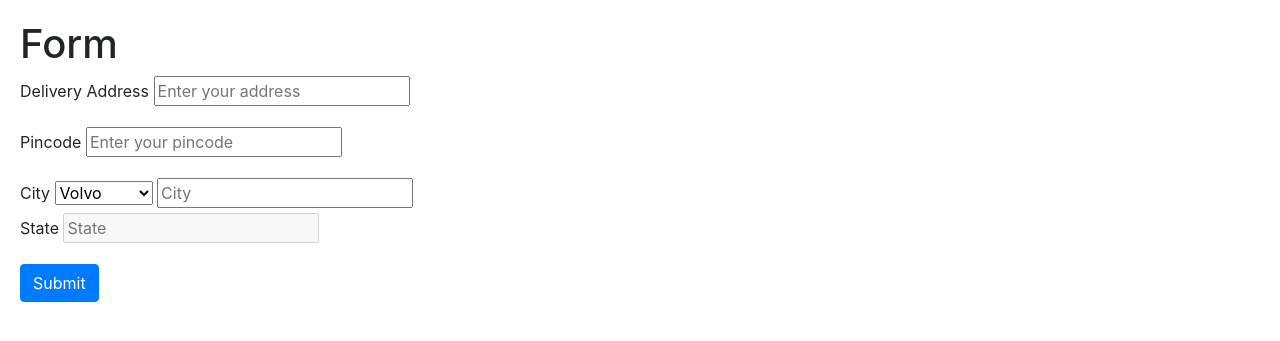
Repository: piyushj81/ComputerShop
Page: http://localhost/computershop/shopnowform.jsp
These files come from the project's save history. The page is drawn as it stood at one moment and after the next save; the edit follows.
The browser window is 1280 px wide. The pictures show the whole page.
The page is served by Tomcat 9. Other server files are loaded and not shown.

Above is the page before, as saved 2021-10-11 06:24:21.

### computershop/WebContent/shopnowform.jsp
<%@ page language="java" contentType="text/html; charset=ISO-8859-1"
    pageEncoding="ISO-8859-1"%>
<!DOCTYPE html>
<html>
<head>
<meta charset="ISO-8859-1">
<title>Delivery form</title>
  <link rel="stylesheet" href="computershop.css">
  <link rel="stylesheet" href="https://cdnjs.cloudflare.com/ajax/libs/font-awesome/4.7.0/css/font-awesome.min.css">
  <link rel="stylesheet" href="https://cdn.jsdelivr.net/npm/bootstrap@4.5.3/dist/css/bootstrap.min.css"
    integrity="sha384-TX8t27EcRE3e/ihU7zmQxVncDAy5uIKz4rEkgIXeMed4M0jlfIDPvg6uqKI2xXr2" crossorigin="anonymous">
  <script src="https://code.jquery.com/jquery-3.5.1.slim.min.js"
    integrity="sha384-DfXdz2htPH0lsSSs5nCTpuj/zy4C+OGpamoFVy38MVBnE+IbbVYUew+OrCXaRkfj"
    crossorigin="anonymous"></script>
  <script src="https://cdn.jsdelivr.net/npm/bootstrap@4.5.3/dist/js/bootstrap.bundle.min.js"
    integrity="sha384-ho+j7jyWK8fNQe+A12Hb8AhRq26LrZ/JpcUGGOn+Y7RsweNrtN/tE3MoK7ZeZDyx"
    crossorigin="anonymous"></script>


</head>
<body>
<h1>Form</h1>
 <form  method="post"  >
  <div class="form-group">
      <label for="exampleInputEmail1">Delivery Address</label>

<input type="text" class="address" id="address" placeholder="Enter your address" required>
  </div>
  <div class="form-group">
    <label for="exampleInputEmail1">Pincode</label>

   <input type="text" class="pincode" id="pincode"  placeholder="Enter your pincode" autocomplete="pin" required > </div>
   <div class="form-group">
    <label for="exampleInputEmail1">City</label>
    <select name="cars" id="cars">
  <option value="volvo">Volvo</option>
  <option value="saab">Saab</option>
  <option value="mercedes">Mercedes</option>
  <option value="audi">Audi</option>
</select>

  <input type="text" class="city" id="city"    placeholder="City">
  <div class="form-group">
   <label for="exampleInputEmail1">State</label>

 <input type="text" class="state" id="state"  disabled placeholder="State"> </div>

  </div>

  <button type="submit" class="btn btn-primary">Submit</button>
</form>

</body>
</html>

### computershop/WebContent/computershop.css
.left{
    margin: -21px auto;
    margin-left: -20px;
    padding: 9px;
    background-color: black;
    width: 178%;
}
.left a{
    text-decoration: none;
    color: white;
}
.left a:hover{
    background-color: red;
    text-decoration: none;
    color: white;
}
.left button{
    width: 9%;
}
.left button:hover{
    background-color: yellow;


}
.leftright{
    float: right;
}
.mid{
    text-decoration: none;
    height: 99px;
    background-color:black;
    display: block;
    width: 178%;
    margin: 22px auto;
    margin-left: -20px;
    top:20px;
    padding: 20px;
}
.right{
    position: absolute;

    right: 60px;
    top: 42%;
    display: inline-block;
    padding: 23px;
    width: 85%;
    height: 50%;
}
.navbar{
display: inline-block;
}
.navbar li{
    display: inline-block;
    font-size: 17px;

}
.navbar li a{
color:white;
text-decoration: none;
padding: 27px;
}
.navbar li a:hover{
    background-color:red;
    text-decoration: none;
    width:70px;
    }

.peripheral{
    color:red;

    width: 167%;

}
.image {
    height: 120%;
     width: 100%;


    }
.image a:hover{
    text-decoration: none;
    background-color: yellow;
    width:150%;
    color: tomato;
}

#myho:hover{
    height: 150px;
    width: 150px;

}

.footer{
    position: absolute;
background-color:  black;
margin-left: -20px;
bottom: -230px;
  width: 100%;
  height: 40%;
  padding: 10px;
}

.footerleft li{
    list-style-type: none;
}
.footerright li{
    list-style-type: none;
}

.footerleft li a{
    text-decoration: none;
    color: white;

}
.footerleft li a:hover{
background-color: red;
text-decoration: none;

}
.footerright li a{
    text-decoration: none;
    color: white;

}
.footerright li a:hover{
    background-color: red;
text-decoration: none;

}
.fa {
    padding: 10px;
    font-size: 70px;
    width: 72px;
    text-align: center;
    text-decoration: none;
    border-radius: 70%;
    background-color: #ffffff ;
}
.fa:hover{
    text-decoration: none;
    background-color: skyblue;

}


  body {
    font-family: Arial;
    margin: 0 auto; /* Center website */
    max-width: 800px; /* Max width */
    padding: 20px;
  }

  .heading {
    font-size: 25px;
    margin-right: 25px;
  }

  .fa {
    font-size: 100px;
  }

  .checked:hover {
      background-color: white;
    color: orange;
  }

   .pics{


    padding: 40px;
    width: 127%;
    margin-left: 300px;

  }
  .pics a{
    -webkit-font-smoothing: auto;
    text-decoration: none;
    color: black;

}
.pics a:hover{
    background-color: red;
    text-decoration: none;
    }
    .centrediv{

        margin-top: -2700px;
    }
    @import url('https://fonts.googleapis.com/css?family=Raleway:100,200,300,400,500,600,700,800,900&display=swap');
html,body {
    font-family: 'Raleway', sans-serif;
}
.thankyou-page ._header {
    background: #fee028;
    padding: 100px 30px;
    text-align: center;
    background: #fee028 url(https://codexcourier.com/images/main_page.jpg) center/cover no-repeat;
}
.thankyou-page ._header .logo {
    max-width: 200px;
    margin: 0 auto 50px;
}
.thankyou-page ._header .logo img {
    width: 100%;
}
.thankyou-page ._header h1 {
    font-size: 65px;
    font-weight: 800;
    color: white;
    margin: 0;
}
.thankyou-page ._body {
    margin: -70px 0 30px;
}
.thankyou-page ._body ._box {
    margin: auto;
    max-width: 80%;
    padding: 50px;
    background: white;
    border-radius: 3px;
    box-shadow: 0 0 35px rgba(10, 10, 10,0.12);
    -moz-box-shadow: 0 0 35px rgba(10, 10, 10,0.12);
    -webkit-box-shadow: 0 0 35px rgba(10, 10, 10,0.12);
}
.thankyou-page ._body ._box h2 {
    font-size: 32px;
    font-weight: 600;
    color: #4ab74a;
}
.thankyou-page ._footer {
    text-align: center;
    padding: 50px 30px;
}

.thankyou-page ._footer .btn {
    background: #4ab74a;
    color: white;
    border: 0;
    font-size: 14px;
    font-weight: 600;
    border-radius: 0;
    letter-spacing: 0.8px;
    padding: 20px 33px;
    text-transform: uppercase;
}

After the next save:
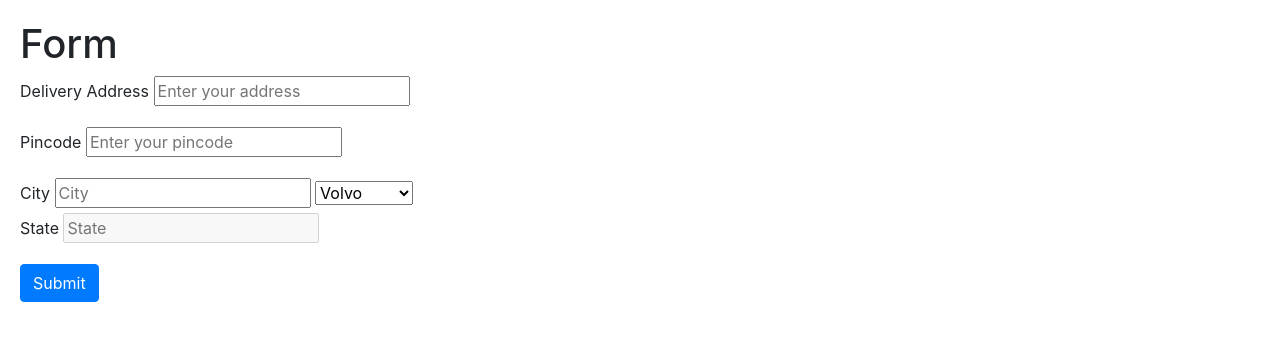
Saved 58 s later.
--- a/computershop/WebContent/shopnowform.jsp
+++ b/computershop/WebContent/shopnowform.jsp
@@ -32,14 +32,15 @@
    <input type="text" class="pincode" id="pincode"  placeholder="Enter your pincode" autocomplete="pin" required > </div>
    <div class="form-group">
     <label for="exampleInputEmail1">City</label>
-    <select name="cars" id="cars">
+
+
+  <input type="select" class="city" id="city"    placeholder="City">
+   <select name="cars" id="cars">
   <option value="volvo">Volvo</option>
   <option value="saab">Saab</option>
   <option value="mercedes">Mercedes</option>
   <option value="audi">Audi</option>
 </select>
-
-  <input type="text" class="city" id="city"    placeholder="City">
   <div class="form-group">
    <label for="exampleInputEmail1">State</label>
 

After the save that followed:
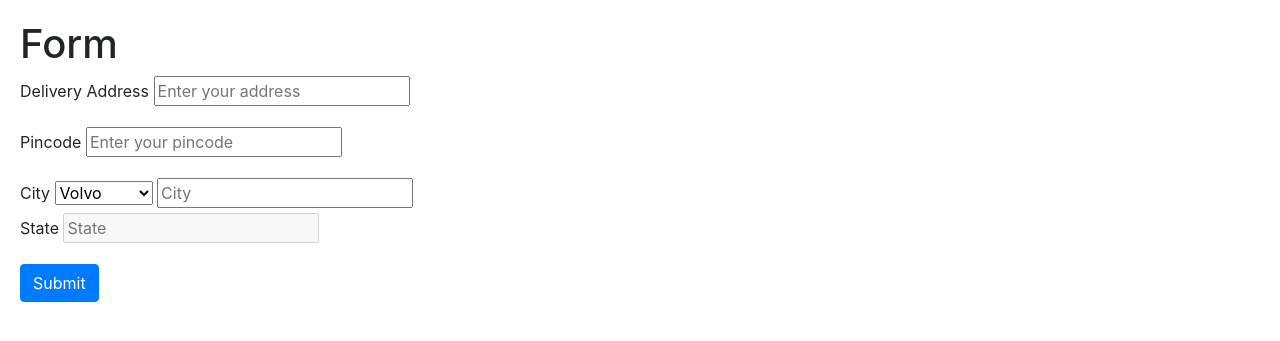
Saved 36 s later.
--- a/computershop/WebContent/shopnowform.jsp
+++ b/computershop/WebContent/shopnowform.jsp
@@ -31,17 +31,18 @@
 
    <input type="text" class="pincode" id="pincode"  placeholder="Enter your pincode" autocomplete="pin" required > </div>
    <div class="form-group">
-    <label for="exampleInputEmail1">City</label>
-
-
-  <input type="select" class="city" id="city"    placeholder="City">
-   <select name="cars" id="cars">
+    <label for="exampleInputEmail1">City
+    <select name="cars" id="cars">
   <option value="volvo">Volvo</option>
   <option value="saab">Saab</option>
   <option value="mercedes">Mercedes</option>
   <option value="audi">Audi</option>
 </select>
-  <div class="form-group">
+ </label>
+
+
+  <input type="select" class="city" id="city"    placeholder="City">
+    <div class="form-group">
    <label for="exampleInputEmail1">State</label>
 
  <input type="text" class="state" id="state"  disabled placeholder="State"> </div>
